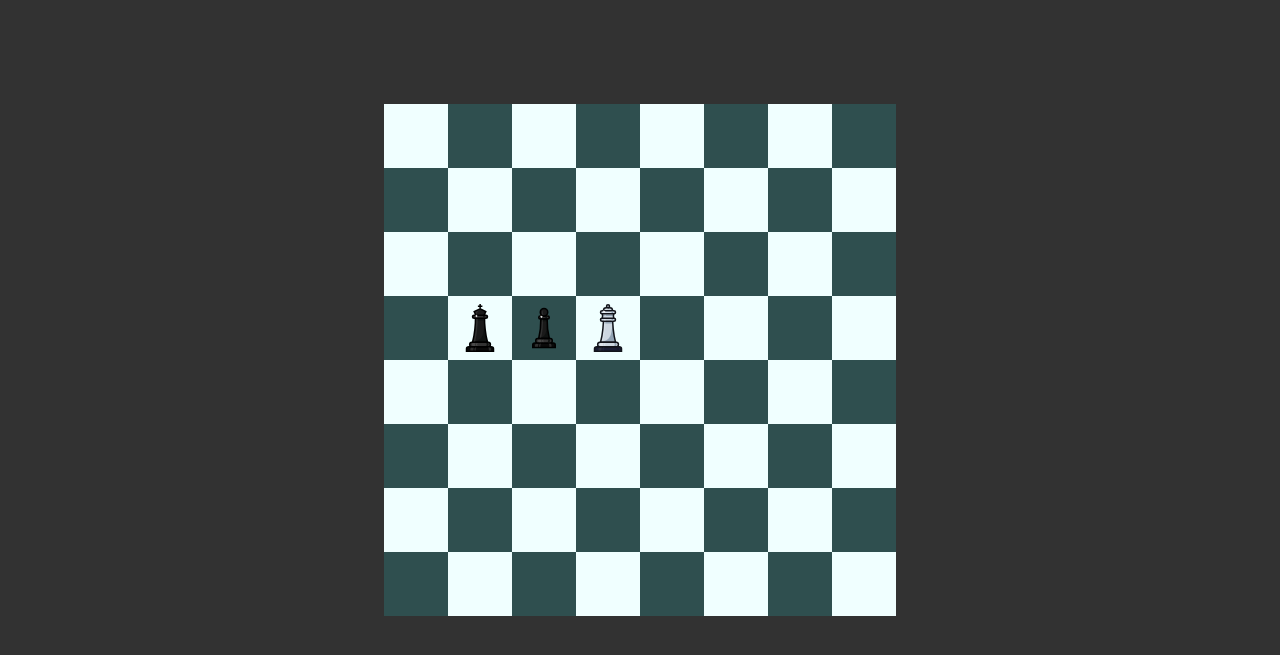
Repository: Mirsmog/react-chess
Page: /
An editor plug-in stored every save of this project. The page is shown before and after the next save, followed by the edit.
The browser window is 1280 px wide. The pictures show the whole page.
The project was rebuilt for these pictures with package versions that can differ from the ones it lists, and the page was loaded fresh each time. Also part of the build but not shown: vite.config.ts.

Above is the page before, as saved 2023-10-28 14:44:43.

### src/App.tsx
import BoardComponent from '@/components/BoardComponent';
import { Board } from './models/Board';
import React from 'react';

const App = () => {
  const [board, setBoard] = React.useState(new Board());

  React.useEffect(() => {
    restart();
  }, []);

  function restart() {
    const newBoard = new Board();
    newBoard.initCells();
    newBoard.addFigures()
    setBoard(newBoard);
  }
  return (
    <div className='app'>
      <BoardComponent board={board} setBoard={setBoard} />
    </div>
  );
};

export default App;

### src/index.css
:root {
  --sell-size: 64px;
}

* {
  margin: 0;
  padding: 0;
}

.app {
  background-color: #323232;
  width: 100vw;
  height: 100vh;
  display: flex;
  justify-content: center;
  align-items: center;
}

.board {
  display: flex;
  width: calc(var(--sell-size) * 8);
  height: calc(var(--sell-size) * 8);
  flex-wrap: wrap;
}

.cell {
  width: var(--sell-size);
  height: var(--sell-size);
  display: flex;
  justify-content: center;
  align-items: center;
}

.cell img {
  width: 48px;
  height: 48px;
  position: relative;
}

img[src*="/src/assets/pawn-white.svg"] {
    display: none;
}

.black {
  background-color: darkslategrey;
}

.white {
  background-color: azure;
}

### src/components/BoardComponent.tsx
import { Board } from '@/models/Board';
import React from 'react';
import CellComponent from './CellComponent';

type Props = {
  board: Board;
  setBoard: (board: Board) => void;
};

const BoardComponent: React.FC<Props> = ({ board, setBoard }) => {
  return (
    <div className='board'>
      {board.cells.map((row, index) => (
        <React.Fragment key={index}>
          {row.map((cell) => (
            <CellComponent key={cell.id} cell={cell} />
          ))}
        </React.Fragment>
      ))}
    </div>
  );
};

export default BoardComponent;

### src/models/Board.ts
import { Cell } from './Cell';
import { Colors } from './Colors';
import { King } from './figures/King';
import { Pawn } from './figures/Pawn';
import { Queen } from './figures/Queen';

export class Board {
  cells: Cell[][] = [];

  public initCells() {
    for (let i = 0; i < 8; i++) {
      const row: Cell[] = [];
      for (let j = 0; j < 8; j++) {
        if ((i + j) % 2 !== 0) {
          row.push(new Cell(this, j, i, Colors.BLACK, null)); // black
        } else {
          row.push(new Cell(this, j, i, Colors.WHITE, null)); // white
        }
      }
      this.cells.push(row);
    }
  }
  public getCell(x: number, y: number) {
    return this.cells[y][x];
  }
  public addFigures() {
    new Queen(Colors.WHITE, this.getCell(3, 3))
    new King(Colors.BLACK, this.getCell(1, 3))
    new Pawn(Colors.BLACK, this.getCell(2, 3))
    new Pawn(Colors.WHITE, this.getCell(5, 3))
  }
}

### src/components/CellComponent.tsx
import { Cell } from '@/models/Cell';
import React from 'react';

type Props = {
  cell: Cell;
};

const CellComponent: React.FC<Props> = ({ cell }) => {
  return (
    <div className={`cell ${cell.color}`}>
      {cell.figure?.logo && (
        <img src={cell.figure.logo} alt={cell.figure.logo} />
      )}
    </div>
  );
};

export default CellComponent;

### src/models/Cell.ts
import { Board } from './Board';
import { Colors } from './Colors';
import { Figure } from './figures/Figure';

export class Cell {
  readonly x: number;
  readonly y: number;
  readonly color: Colors;
  figure: Figure | null;
  board: Board;
  available: boolean;
  id: number;

  constructor(
    board: Board,
    x: number,
    y: number,
    color: Colors,
    figure: Figure | null
  ) {
    this.board = board;
    this.figure = figure;
    this.color = color;
    this.x = x;
    this.y = y;
    this.available = false;
    this.id = Math.random();
  }
}

### src/models/Colors.ts
export enum Colors {
  BLACK = 'black',
  WHITE = 'white',
}

### src/models/figures/King.ts
import { Cell } from '../Cell';
import { Colors } from '../Colors';
import { Figure, FigureName } from './Figure';
import kingBlack from '@/assets/king-black.svg';
import kingWhite from '@/assets/king-white.svg';
export class King extends Figure {
  constructor(color: Colors, cell: Cell) {
    super(color, cell);
    this.logo = color === Colors.BLACK ? kingBlack : kingWhite;
    this.name = FigureName.KING
  }
}

### src/models/figures/Pawn.ts
import { Cell } from '../Cell';
import { Colors } from '../Colors';
import { Figure, FigureName } from './Figure';
import pawnBlack from '@/assets/pawn-black.svg';
import pawnWhite from '@/assets/pawn-white.svg';
export class Pawn extends Figure {
  constructor(color: Colors, cell: Cell) {
    super(color, cell);
    this.logo = color === Colors.BLACK ? pawnBlack : pawnWhite;
    this.name = FigureName.PAWN
  }
}

### src/models/figures/Queen.ts
import { Cell } from '../Cell';
import { Colors } from '../Colors';
import { Figure, FigureName } from './Figure';
import queenBlack from '@/assets/queen-black.svg';
import queenWhite from '@/assets/queen-white.svg';
export class Queen extends Figure {
  constructor(color: Colors, cell: Cell) {
    super(color, cell);
    this.logo = color === Colors.BLACK ? queenBlack : queenWhite;
    this.name = FigureName.QUEEN
  }
}

### src/models/figures/Figure.ts
import { Cell } from '../Cell';
import { Colors } from '../Colors';
import logo from '@/assets/bishop-black.svg';

import queenBlack from '@/assets/queen-black.svg';
import bishopBlack from '@/assets/bishop-black.svg';
import rookBlack from '@/assets/rook-black.svg';
import knightBlack from '@/assets/knight-black.svg';
import pawnBlack from '@/assets/pawn-black.svg';

import queenWhite from '@/assets/queen-white.svg';
import bishopWhite from '@/assets/bishop-white.svg';
import rookWhite from '@/assets/rook-white.svg';
import knightWhite from '@/assets/knight-white.svg';
import pawnWhite from '@/assets/pawn-white.svg';

export enum FigureName {
  FIGURE = 'figure',
  KING = 'king',
  QUEEN = 'queen',
  ROOK = 'rook',
  BISHOP = 'bishop',
  PAWN = 'pawn',
  KNIGHT = 'knight',
}


export class Figure {
  color: Colors;
  logo: typeof logo | null;
  cell: Cell;
  name: FigureName;
  id: number;

  constructor(color: Colors, cell: Cell) {
    this.color = color;
    this.cell = cell;
    this.cell.figure = this;
    this.logo = null;
    this.name = FigureName.FIGURE;
    this.id = Math.random();
  }

  canMove(target: Cell): boolean {
    return true;
  }
  moveFigure(target: Cell) {}
}

Loaded but not shown: index.html (common file); src/main.tsx (common file)

After the next save:
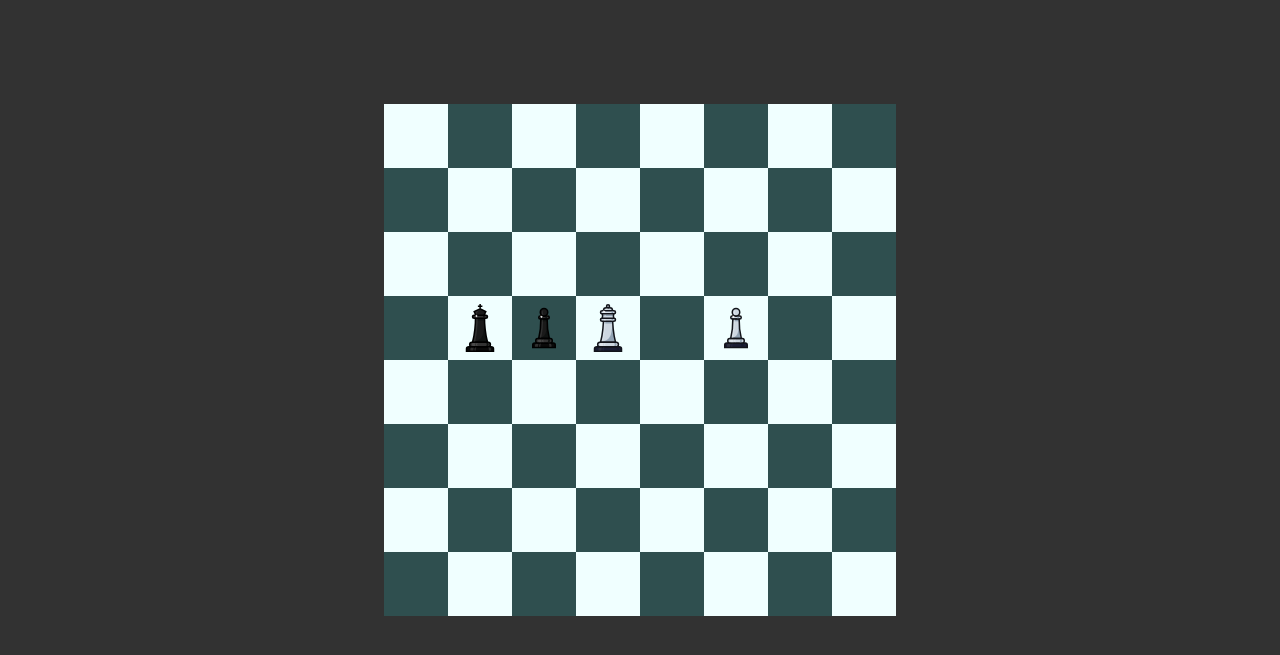
Saved 5 s later.
--- a/src/index.css
+++ b/src/index.css
@@ -38,7 +38,7 @@
 }
 
 img[src*="/src/assets/pawn-white.svg"] {
-    display: none;
+    /* display: none; */
 }
 
 .black {
